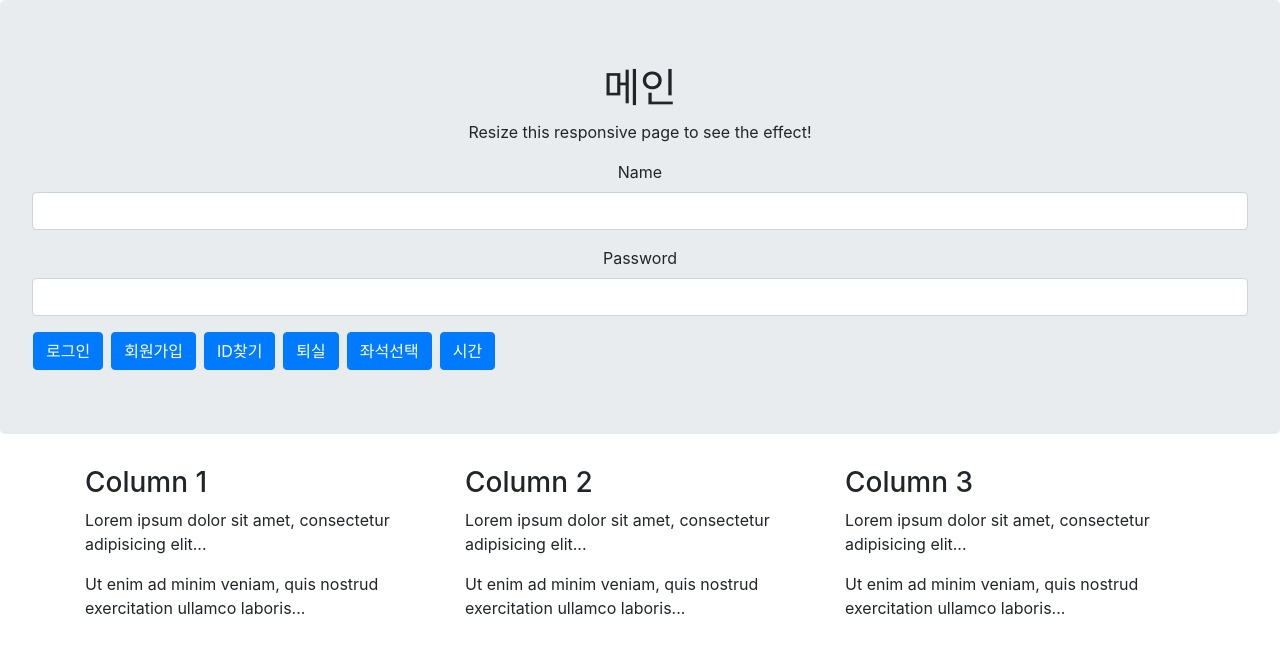
Repository: onlykjy03/JSP
Page: http://localhost/spro_mysql/
The author's editor kept a copy of each file at every save. The page is drawn from the files as they stood at one save, then again after the next save.
The browser window is 1280 px wide. The pictures show the whole page.
The page is served by Tomcat 9.

Above is the page before, as saved 2021-04-27 02:55:13.

After the next save:
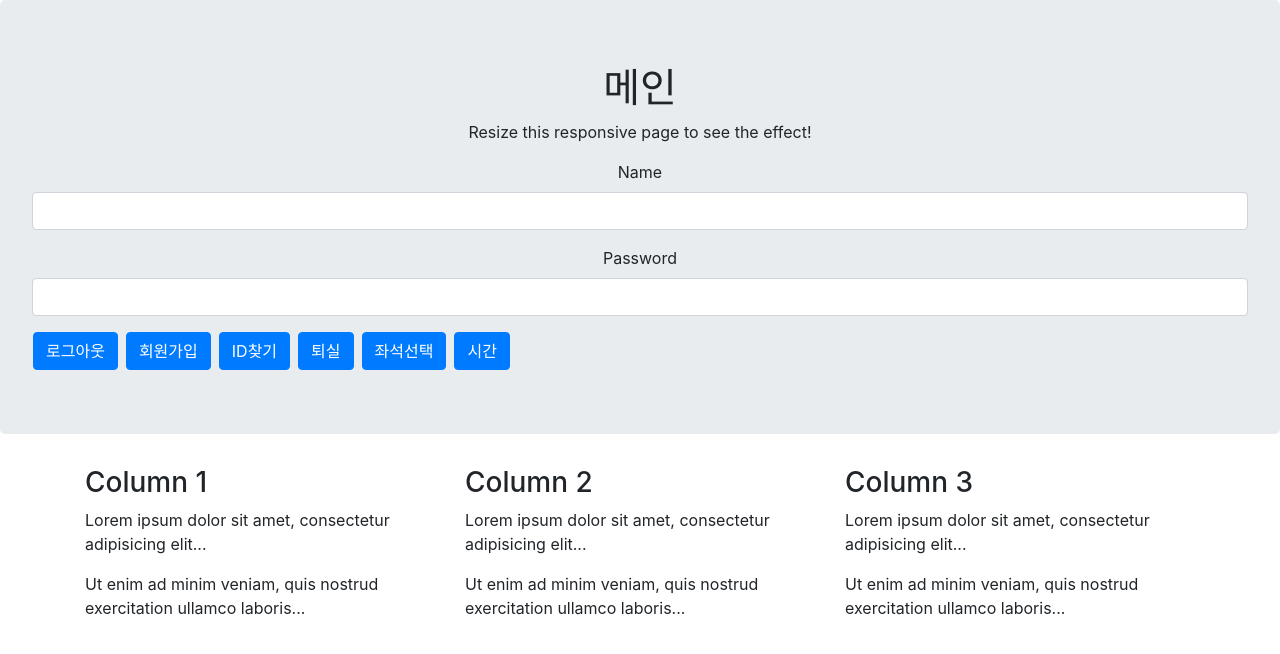
Saved 3 min 6 s later.
--- a/eclipse-workspace/spro_mysql/WebContent/index.jsp
+++ b/eclipse-workspace/spro_mysql/WebContent/index.jsp
@@ -73,8 +73,14 @@
 		</div>
 		<% } %>
 		<div class="row">
+		<%if(name!=null){ %>
 			<input type="button" value="로그인" id="login"
-				class="btn btn-primary ml-3 mr-2"> <input type="button"
+				class="btn btn-primary ml-3 mr-2">
+				<%}else{ %>
+				<input type="button" value="로그아웃" id="login"
+				class="btn btn-primary ml-3 mr-2">
+				<%} %>
+				 <input type="button"
 				value="회원가입" id="signin" class="btn btn-primary mr-2"> <input
 				type="button" value="ID찾기" id="searchid"
 				class="btn btn-primary mr-2"> <input type="button"

After the save that followed:
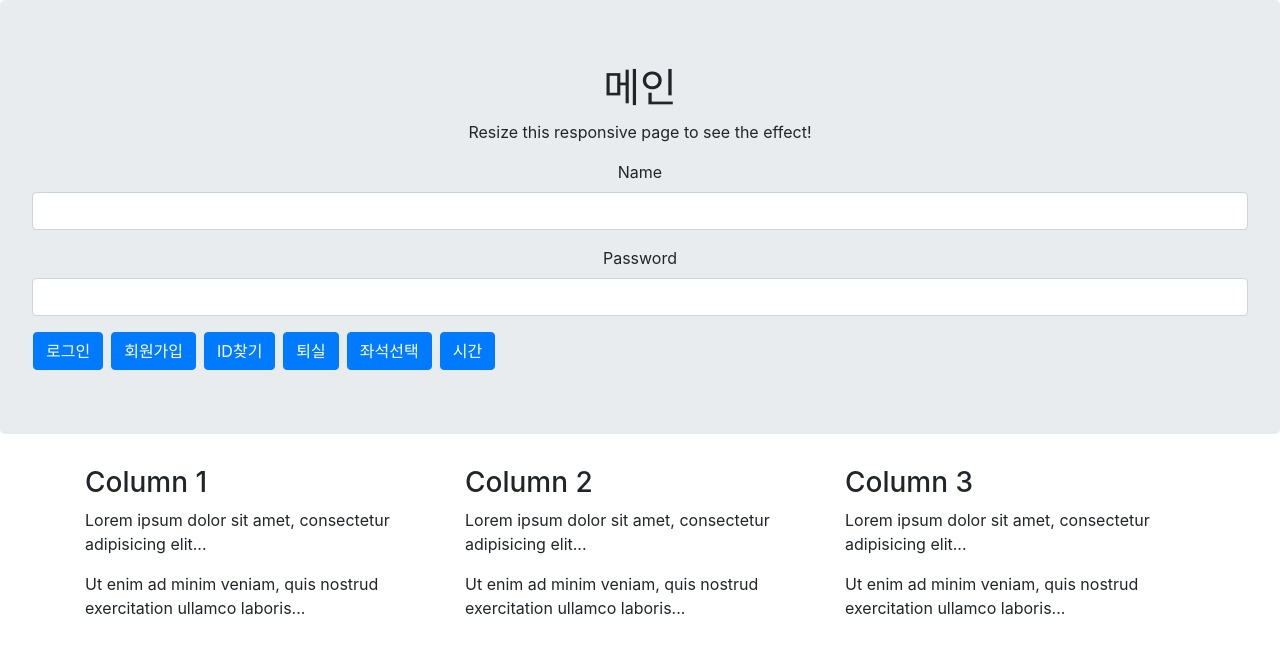
Saved 10 s later.
--- a/eclipse-workspace/spro_mysql/WebContent/index.jsp
+++ b/eclipse-workspace/spro_mysql/WebContent/index.jsp
@@ -74,10 +74,10 @@
 		<% } %>
 		<div class="row">
 		<%if(name!=null){ %>
-			<input type="button" value="로그인" id="login"
+			<input type="button" value="로그아웃" id="login"
 				class="btn btn-primary ml-3 mr-2">
 				<%}else{ %>
-				<input type="button" value="로그아웃" id="login"
+				<input type="button" value="로그인" id="login"
 				class="btn btn-primary ml-3 mr-2">
 				<%} %>
 				 <input type="button"
